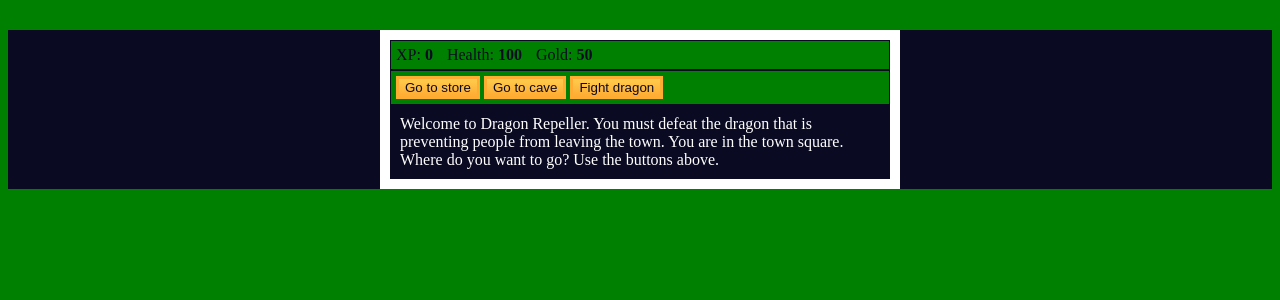
Repository: supakorn5039-boon/RPG-game
Page: index.html
An editor plug-in stored every save of this project. The page is shown before and after a run of saves, followed by the edit.
The browser window is 1280 px wide. The pictures show the whole page.

Above is the page before, as saved 2023-12-26 20:22:41.

After the next 2 saves:
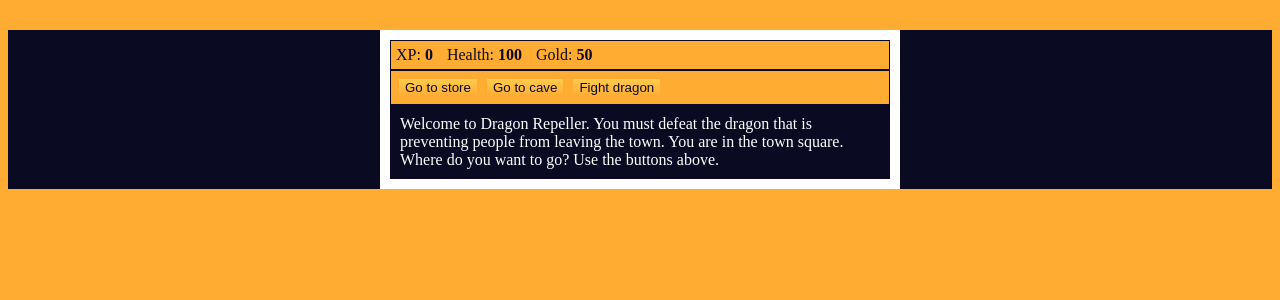
The 2 saves are shown as one change because they came seconds apart.
The last was saved 7 s later.
--- a/styless.css
+++ b/styless.css
@@ -1,5 +1,5 @@
 * {
-  background-color: green;
+  background-color: #feac32;
 }
 
 body {
